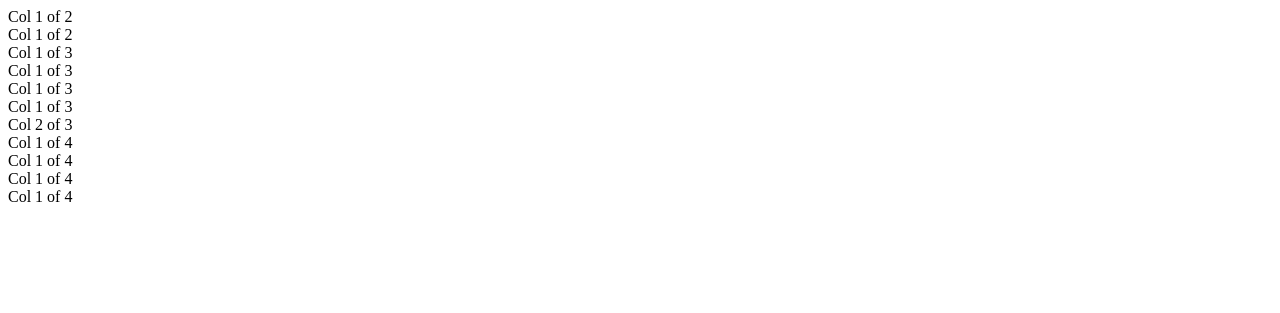
Repository: haokiet2501/grid-basic
Page: index.html
These files come from the project's save history. The page is drawn as it stood at one moment and after a run of saves; the edit follows.
The browser window is 1280 px wide. The pictures show the whole page.

Above is the page before, as saved 2022-08-11 17:07:59.

### index.html
<!DOCTYPE html>
<html lang="en">
<head>
    <meta charset="UTF-8">
    <meta http-equiv="X-UA-Compatible" content="IE=edge">
    <meta name="viewport" content="width=device-width, initial-scale=1.0">
    <link rel="stylesheet" href="styles.css">
    <title>GRID BASIC</title>
</head>
<body>
    <section class="grid-test">
        <div class="row">
            <div class="col-1-of-2">
                Col 1 of 2
            </div>
            <div class="col-1-of-2">
                Col 1 of 2
            </div>
        </div>

        <div class="row">
            <div class="col-1-of-3">
                Col 1 of 3
            </div>
            <div class="col-1-of-3">
                Col 1 of 3
            </div>
            <div class="col-1-of-3">
                Col 1 of 3
            </div>
        </div>

        <div class="row">
            <div class="col-1-of-3">
                Col 1 of 3
            </div>
            <div class="col-1-of-3">
                Col 2 of 3
            </div>
        </div>

        <div class="row">
            <div class="col-1-of-4">
                Col 1 of 4
            </div>
            <div class="col-1-of-4">
                Col 1 of 4
            </div>
            <div class="col-1-of-4">
                Col 1 of 4
            </div>
            <div class="col-1-of-4">
                Col 1 of 4
            </div>
        </div>

    </section>
</body>
</html>

Loaded but not shown: styles.css (no copy from this time; the picture is the same without it)

After the next 2 saves:
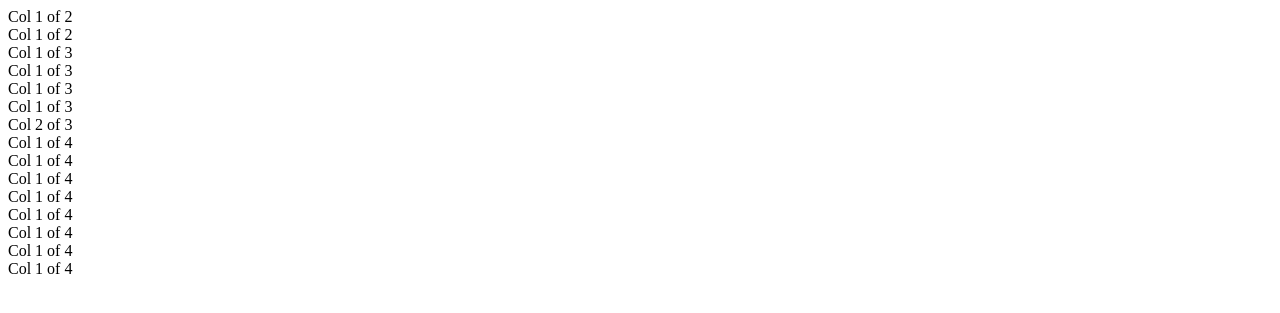
The 2 saves are shown as one change because they came seconds apart.
The last was saved 18 s later.
--- a/index.html
+++ b/index.html
@@ -54,6 +54,21 @@
             </div>
         </div>
 
+        <div class="row">
+            <div class="col-1-of-4">
+                Col 1 of 4
+            </div>
+            <div class="col-1-of-4">
+                Col 1 of 4
+            </div>
+            <div class="col-1-of-4">
+                Col 1 of 4
+            </div>
+            <div class="col-1-of-4">
+                Col 1 of 4
+            </div>
+        </div>
+
     </section>
 </body>
 </html>
